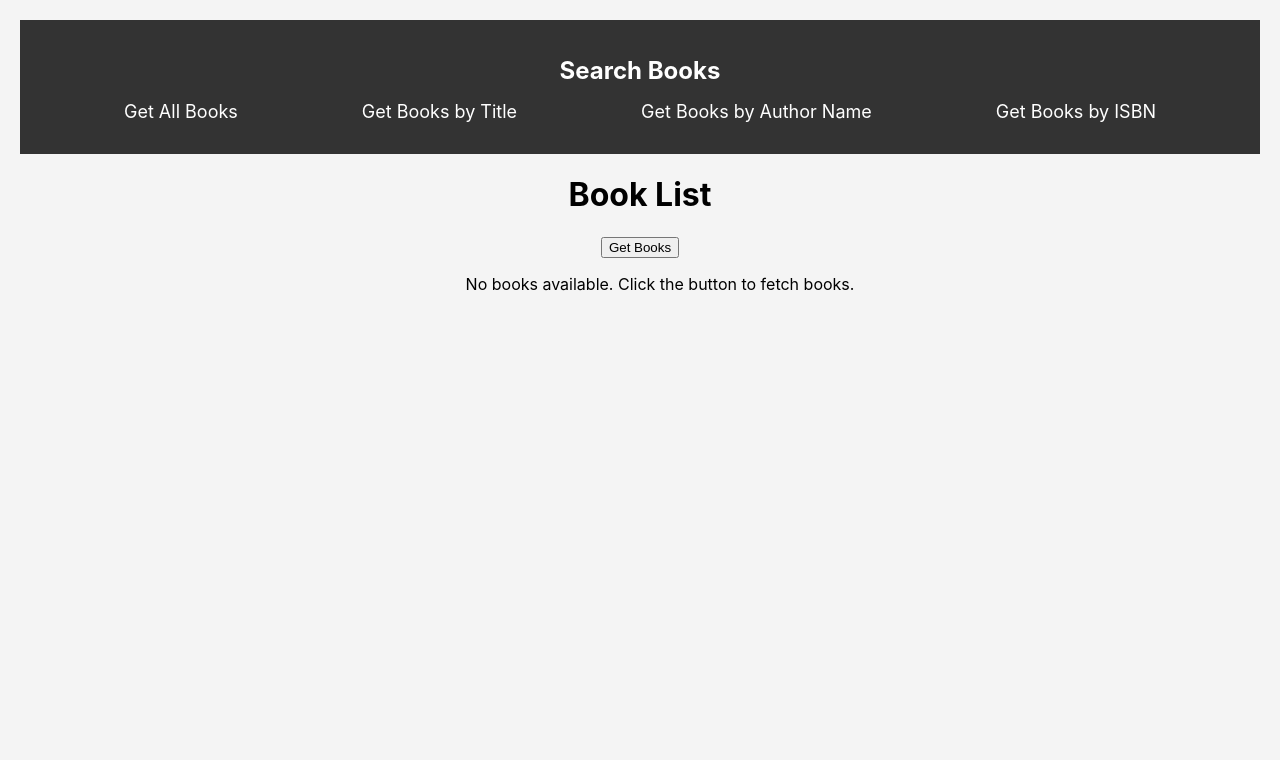
Repository: adityashirsath2003/myapp
Page: /getallbooks (app in FrontEnd/frontend/)
The author's editor kept a copy of each file at every save. The page is drawn from the files as they stood at one save, then again after the next save.
The browser window is 1280 px wide. The pictures show the whole page.
The project was rebuilt for these pictures with package versions that can differ from the ones it lists, and the page was loaded fresh each time. Also part of the build but not shown: FrontEnd/frontend/src/App.css.

Above is the page before, as saved 2024-10-24 12:24:38.

### FrontEnd/frontend/src/App.js
import React from 'react';
import './App.css';
import { Navbar } from './Navbar';
import { BrowserRouter as Router, Route, Routes } from 'react-router-dom';
import { Search } from './Search';


const App = () => {
  const appStyle = {
    textAlign: 'center',
    backgroundColor: '#f4f4f4',
    minHeight: '100vh',
    padding: '20px',
  };


  return (
    <Router>
      <div style={appStyle}>
        <Navbar />
        <Routes>
          <Route path="/getallbooks" element={<Search />} />
          <Route path="/getbytitle" element={<Search />} />
          <Route path="/getbyname" element={<Search />} />
          <Route path="/getbyisbn" element={<Search />} />
        </Routes>
      </div>
    </Router>
  );
};

export default App;

### FrontEnd/frontend/src/Navbar.js
import React from 'react';
import { Link } from 'react-router-dom';

export function Navbar() {
    const navStyle = {
        backgroundColor: '#333',
        padding: '1rem',
        textAlign: 'center',
    };

    const headingStyle = {
        color: '#fff',
        marginBottom: '1rem',
    };

    const ulStyle = {
        listStyleType: 'none',
        padding: '0',
        display: 'flex',
        justifyContent: 'center',
        gap: '1.5rem',
    };

    const linkStyle = {
        color: '#fff',
        textDecoration: 'none',
        fontSize: '18px',
        marginLeft: '50px',
        marginRight: '50px',
    };

    const linkHoverStyle = {
        color: '#ffeb3b',
    };

    return (
        <nav style={navStyle}>
            <h1 style={headingStyle}>Search Books</h1>
            <ul style={ulStyle}>
                <li><Link to="/getallbooks" style={linkStyle}>Get All Books</Link></li>
                <li><Link to="/getbytitle" style={linkStyle}>Get Books by Title</Link></li>
                <li><Link to="/getbyname" style={linkStyle}>Get Books by Author Name</Link></li>
                <li><Link to="/getbyisbn" style={linkStyle}>Get Books by ISBN</Link></li>
            </ul>
        </nav>
    );
}

### FrontEnd/frontend/src/Search.js
import React, { useState } from 'react';
import axios from 'axios';

export function Search({mail}){
    const [books, setBooks] = useState([]);
    const [error, setError] = useState('');

    const fetchBooks = async () => {
        try {
            const response = await axios.get('http://localhost:3000/books');
            setBooks(response.data);
        } catch (error) {
            setError('Error fetching books');
            console.error(error.message);
        }
    };

    return (
        <div>
            <h1>Book List</h1>
            <button onClick={fetchBooks}>Get Books</button>
            {error && <p>{error}</p>}
            <ul>
                {books.length > 0 ? (
                    books.map((book, index) => (
                        <li key={index}>
                            <strong>Title:</strong> {book.title} <br />
                            <strong>Author:</strong> {book.author} <br />
                            <strong>ISBN:</strong> {book.isbn}
                        </li>
                    ))
                ) : (
                    <p>No books available. Click the button to fetch books.</p>
                )}
            </ul>
        </div>
    );
};

Loaded but not shown: FrontEnd/frontend/public/index.html (common file); FrontEnd/frontend/src/index.js (common file); FrontEnd/frontend/src/index.css (common file); FrontEnd/frontend/src/reportWebVitals.js (common file)

After the next save:
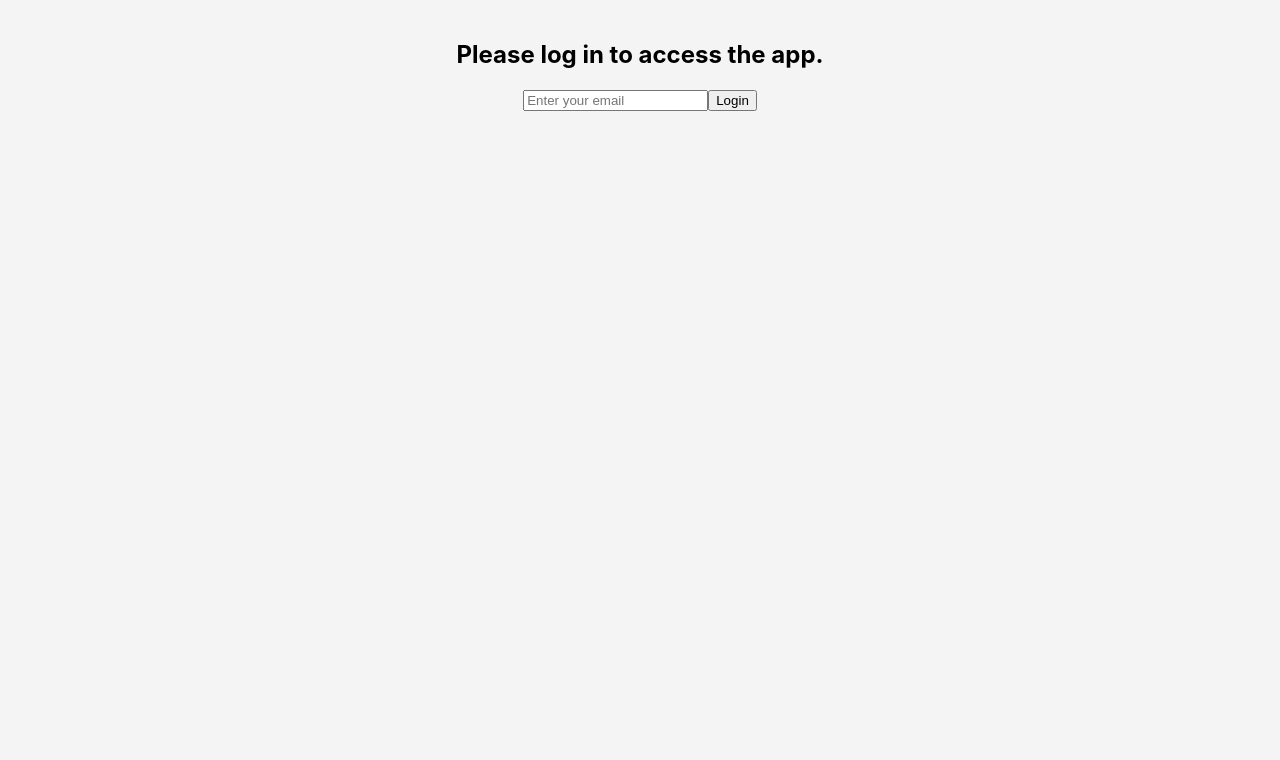
Saved 92 s later.
--- a/FrontEnd/frontend/src/App.js
+++ b/FrontEnd/frontend/src/App.js
@@ -1,11 +1,12 @@
-import React from 'react';
+import React, { useState } from 'react';
 import './App.css';
 import { Navbar } from './Navbar';
 import { BrowserRouter as Router, Route, Routes } from 'react-router-dom';
 import { Search } from './Search';
 
+const App = () => {
+  const [mail, setMail] = useState('');
 
-const App = () => {
   const appStyle = {
     textAlign: 'center',
     backgroundColor: '#f4f4f4',
@@ -13,19 +14,32 @@ const App = () => {
     padding: '20px',
   };
 
-
   return (
-    <Router>
-      <div style={appStyle}>
-        <Navbar />
-        <Routes>
-          <Route path="/getallbooks" element={<Search />} />
-          <Route path="/getbytitle" element={<Search />} />
-          <Route path="/getbyname" element={<Search />} />
-          <Route path="/getbyisbn" element={<Search />} />
-        </Routes>
-      </div>
-    </Router>
+    <div style={appStyle}>
+      {mail ? (
+        <Router>
+          <Navbar />
+          <Routes>
+            <Route path="/getallbooks" element={<Search mail={mail} />} />
+            <Route path="/getbytitle" element={<Search />} />
+            <Route path="/getbyname" element={<Search />} />
+            <Route path="/getbyisbn" element={<Search />} />
+          </Routes>
+        </Router>
+      ) : (
+        <div>
+          <h2>Please log in to access the app.</h2>
+          {/* Here you can add a form or button to set the mail state */}
+          <input
+            type="email"
+            placeholder="Enter your email"
+            value={mail}
+            onChange={(e) => setMail(e.target.value)}
+          />
+          <button onClick={() => setMail(mail)}>Login</button>
+        </div>
+      )}
+    </div>
   );
 };
 
